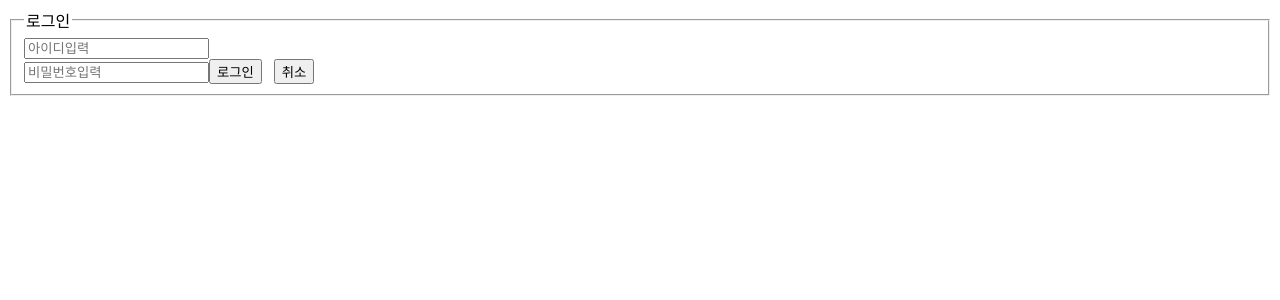
Repository: Rua1006/JSP
Page: http://localhost/practice01/login.jsp
The author's editor kept a copy of each file at every save. The page is drawn from the files as they stood at one save, then again after the next save.
The browser window is 1280 px wide. The pictures show the whole page.
The page is served by Tomcat 9.

Above is the page before, as saved 2022-10-14 05:16:35.

After the next save:
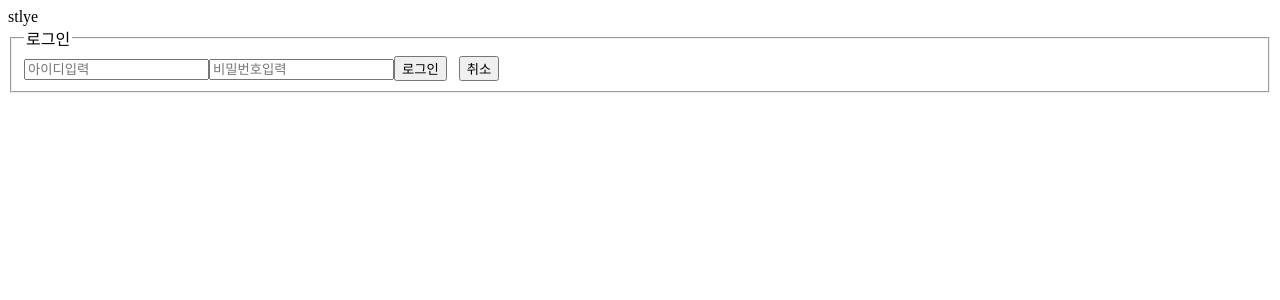
Saved 22 s later.
--- a/practice01/WebContent/login.jsp
+++ b/practice01/WebContent/login.jsp
@@ -5,6 +5,7 @@
 <head>
 <meta charset="UTF-8">
 <title>로그인</title>
+stlye
 </head>
 <body>
 	<div class="wrap">
@@ -13,7 +14,7 @@
 				<legend>로그인</legend>
 				<table>
 					<tbody>
-						<input type="text" name="id" id="id" placeholder="아이디입력"><br>
+						<input type="text" name="id" id="id" placeholder="아이디입력">
 						<input type="password" name="pw" id="pw" placeholder="비밀번호입력">
 						<input type="submit" value="로그인"> &nbsp
 						<input type="reset" value="취소">
